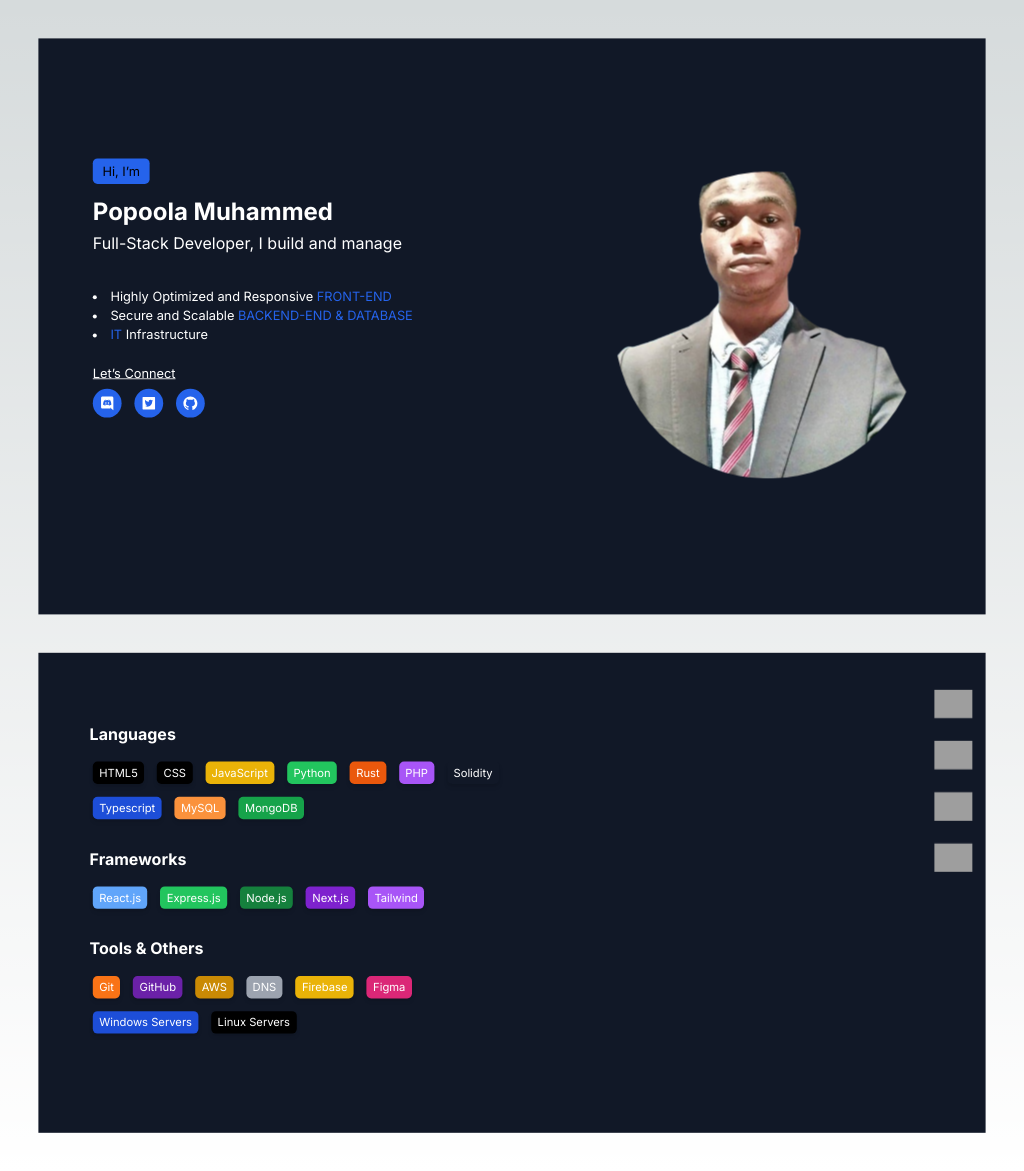
Repository: muhammedctgr/hammedctgr
Page: /
An editor plug-in stored every save of this project. The page is shown before and after a run of saves, followed by the edit.
The browser window is 1280 px wide. The pictures show the whole page, at 80% of full size.
Pictures or frames that could not be fetched are drawn as grey boxes. The project was rebuilt for these pictures with package versions that can differ from the ones it lists, and the page was loaded fresh each time. The framework's server and built-in components were replaced by stand-ins that run in the browser. Also part of the build but not shown: next.config.mjs.

Above is the page before, as saved 2024-08-01 13:58:15.

After the next 2 saves:
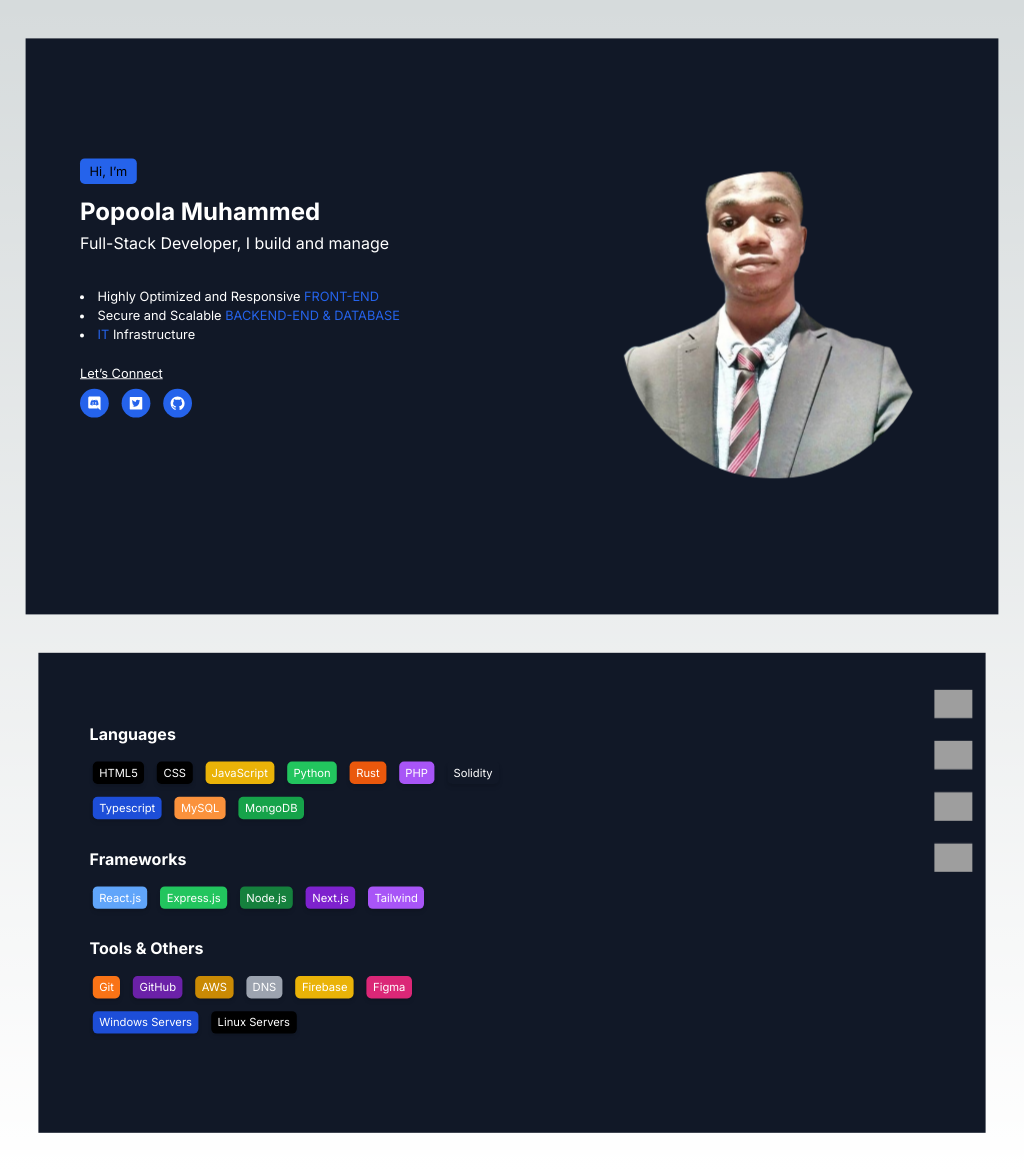
The 2 saves are shown as one change because they came seconds apart.
The last was saved 19 s later.
--- a/components/Hero.tsx
+++ b/components/Hero.tsx
@@ -4,7 +4,7 @@ import { AiFillDiscord, AiFillGithub, AiFillTwitterSquare, AiFillX } from 'react
 
 const Hero = () => {
   return (
-    <section className="bg-gray-900 m-12 mx-12 text-white min-h-screen flex items-center">
+    <section className="bg-gray-900 m-12 mx-8 text-white min-h-screen flex items-center">
       <div className="container mx-auto flex flex-col md:flex-row items-center">
         <div className="flex-1 text-left md:text-left p-5 m-12 -mt-12">
           <div className="inline-block bg-blue-600 text-black py-1 px-3 mb-4 rounded-md">
